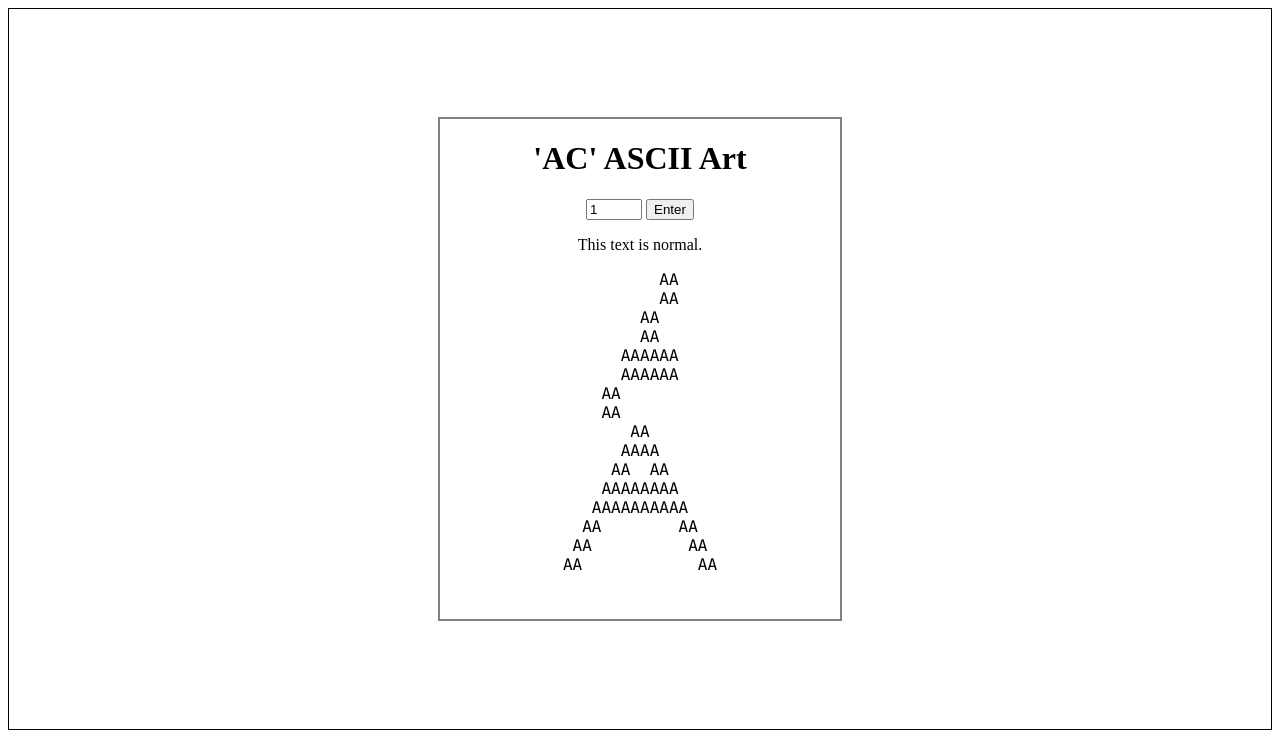
Repository: Achorn/ascii-art
Page: index.html
An editor plug-in stored every save of this project. The page is shown before and after the next save, followed by the edit.
The browser window is 1280 px wide. The pictures show the whole page.

Above is the page before, as saved 2021-08-09 17:07:48.

### index.html
<!DOCTYPE html>
<html lang="en">
  <head>
    <link rel="stylesheet" href="styles.css" />
    <meta charset="UTF-8" />
    <meta http-equiv="X-UA-Compatible" content="IE=edge" />
    <meta name="viewport" content="width=device-width, initial-scale=1.0" />
    <title>Document</title>
  </head>
  <body>
    <form>
      <h1>'AC' ASCII Art</h1>
      <input type="number" min="1" value="1" max="10" />
      <button>Enter</button>
      <div id="ascii">
        <p>This text is normal.</p>
        <p id="mono" style="font-family: 'Lucida Console', monospace">
          This text is monospace text.
        </p>
      </div>
    </form>
    <script type="text/javascript" src="myscripts.js"></script>
  </body>
</html>

### styles.css
body {
  border: 1px solid black;
  display: flex;
  flex-direction: column;
  justify-content: center;
  align-items: center;
  height: 100vh;
}

form {
  border: 2px solid grey;
  height: 500px;
  width: 400px;
  text-align: center;
}

.ascii {
  border-radius: 1px solid black;
}
#mono {
  /* font-size: 25.5vw; */

  white-space: pre;
}

### myscripts.js
let four = [
  [" ", " ", " ", "A"],
  [" ", " ", "A", " "],
  [" ", "A", "A", "A"],
  ["A", " ", " ", " "],
];

let eight = [
  [
    " ",
    " ",
    " ",
    " ",
    " ",
    " ",
    " ",
    "A",
    "A",
    " ",
    " ",
    " ",
    " ",
    " ",
    " ",
    " ",
  ],
  [
    " ",
    " ",
    " ",
    " ",
    " ",
    " ",
    "A",
    "A",
    "A",
    "A",
    " ",
    " ",
    " ",
    " ",
    " ",
    " ",
  ],
  [
    " ",
    " ",
    " ",
    " ",
    " ",
    "A",
    "A",
    " ",
    " ",
    "A",
    "A",
    " ",
    " ",
    " ",
    " ",
    " ",
  ],
  [
    " ",
    " ",
    " ",
    " ",
    "A",
    "A",
    "A",
    "A",
    "A",
    "A",
    "A",
    "A",
    " ",
    " ",
    " ",
    " ",
  ],
  [
    " ",
    " ",
    " ",
    "A",
    "A",
    "A",
    "A",
    "A",
    "A",
    "A",
    "A",
    "A",
    "A",
    " ",
    " ",
    " ",
  ],
  [
    " ",
    " ",
    "A",
    "A",
    " ",
    " ",
    " ",
    " ",
    " ",
    " ",
    " ",
    " ",
    "A",
    "A",
    " ",
    " ",
  ],
  [
    " ",
    "A",
    "A",
    " ",
    " ",
    " ",
    " ",
    " ",
    " ",
    " ",
    " ",
    " ",
    " ",
    "A",
    "A",
    " ",
  ],
  [
    "A",
    "A",
    " ",
    " ",
    " ",
    " ",
    " ",
    " ",
    " ",
    " ",
    " ",
    " ",
    " ",
    " ",
    "A",
    "A",
  ],
];

function scaleSpread(array, factor) {
  const scaled = [];

  for (const row of array) {
    let x = [];

    for (const item of row) x.push(...Array(factor).fill(item));

    scaled.push(...Array(factor).fill(x));
  }

  return scaled;
}
let sixteen = scaleSpread(eight, 2);

function arrToString(arr) {
  let string = "";
  for (let i = 0; i < arr.length; i++) {
    string += arr[i].join("") + "<br>";
  }
  return string;
}

function trimA(arr, lWidth) {
  for (i = 0; i < arr.length; i++) {
    let disp = lWidth - (i % lWidth) - 1;

    // remove from end
    for (let j = 0; j < disp; j++) {
      arr[i].pop();
      arr[i].unshift(" ");
    }

    //add to beginning
    // arr[i] == arr[i];
  }
}

let mono = document.getElementById("mono");
let scaled = scaleSpread(four, 2);
// trimA(scaled, 3);

mono.innerHTML = arrToString(scaled);
mono.innerHTML += arrToString(scaleSpread(eight, 1));

After the next save:
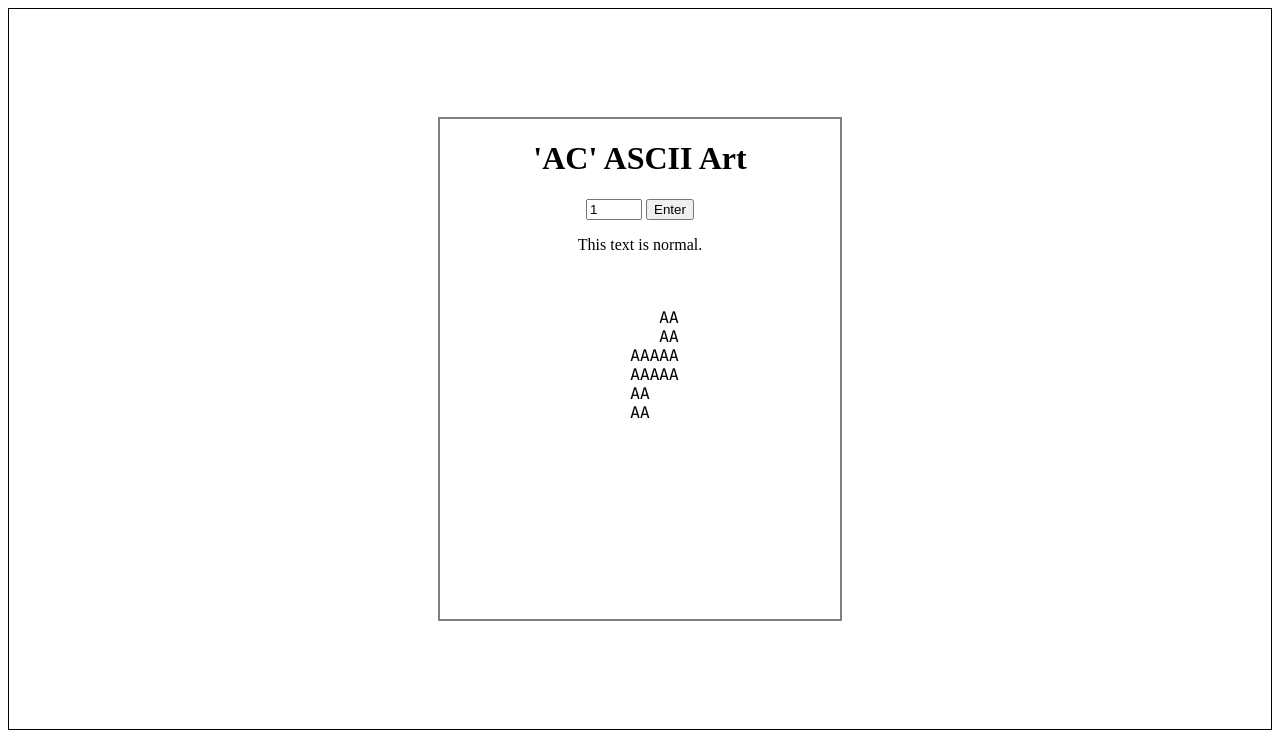
Saved 11 s later.
--- a/myscripts.js
+++ b/myscripts.js
@@ -192,7 +192,7 @@ function trimA(arr, lWidth) {
 
 let mono = document.getElementById("mono");
 let scaled = scaleSpread(four, 2);
-// trimA(scaled, 3);
+trimA(scaled, 3);
 
 mono.innerHTML = arrToString(scaled);
-mono.innerHTML += arrToString(scaleSpread(eight, 1));
+// mono.innerHTML += arrToString(scaleSpread(eight, 1));
